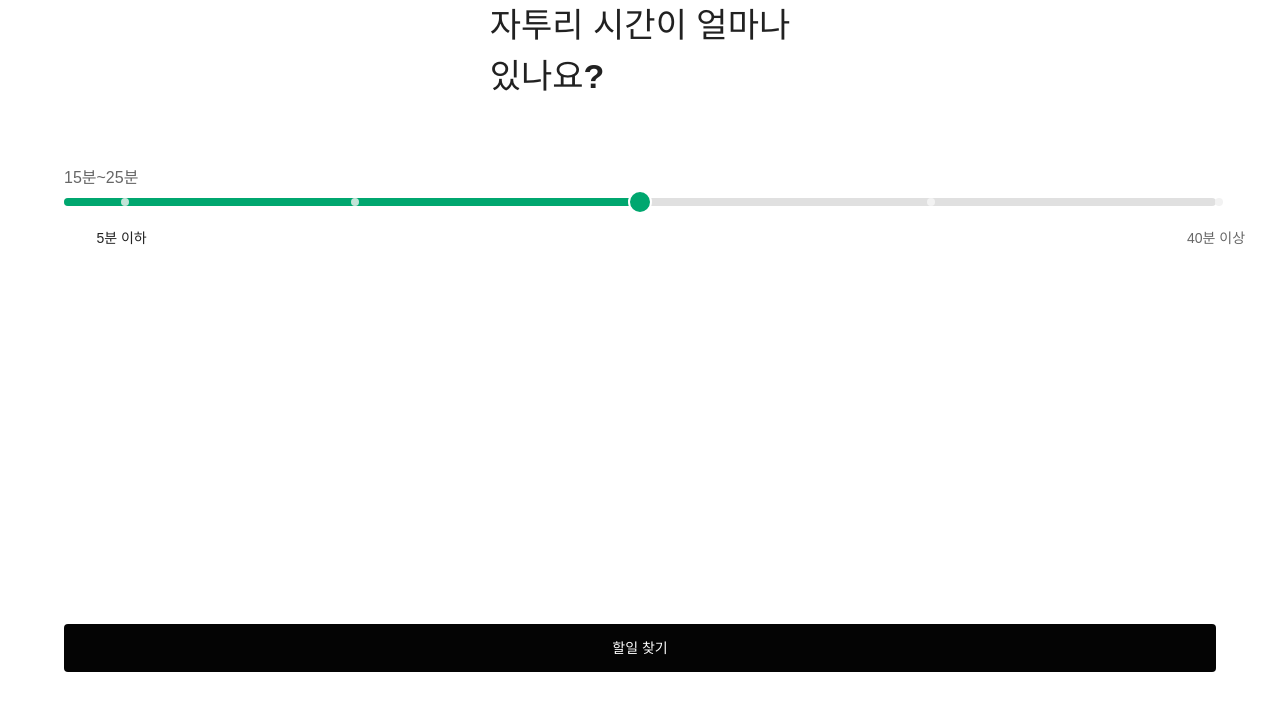
Repository: Tickley-Team/Tickley
Page: /survey
These files come from the project's save history. The page is drawn as it stood at one moment and after the next save; the edit follows.
The browser window is 1280 px wide. The pictures show the whole page.
The project was rebuilt for these pictures with package versions that can differ from the ones it lists, and the page was loaded fresh each time. Also part of the build but not shown: vite.config.ts, src/components/BottomNavbar.css, src/components/BottomNavbar.tsx, src/hooks/useLocalStorage.ts, src/stores/timeLeftStore.ts, src/utils.ts, src/components/BasicDialog.tsx, src/pages/Todos.tsx and 12 more.

Above is the page before, as saved 2024-12-09 16:46:47.

### index.html
<!doctype html>
<html lang="en">
  <head>
    <meta charset="UTF-8" />
    <link rel="icon" type="image/svg+xml" href="/src/assets/tickley-favicon.svg" />
    <meta name="viewport" content="width=device-width, initial-scale=1.0" />
    <title>Tickley</title>
    <meta name="description" content="자투리 시간을 알차게 보내고 싶으신가요? 그럼 티클리!">
    <meta property="og:title" content="Tickley">
    <meta property="og:url" content="https://tickley-team.github.io/Tickley/">
    <meta property="og:image" content="https://tickley-team.github.io/Tickley/cute-tickley.png">
    <meta property="og:description" content="자투리 시간을 알차게 보내고 싶으신가요? 그럼 티클리!">
  </head>
  <body>
    <div id="root"></div>
    <script type="module" src="/src/main.tsx"></script>
  </body>
</html>

### src/index.css
:root {
  font-family: Pretandard, system-ui, Avenir, Helvetica, Arial, sans-serif;

  color-scheme: light dark;
  font-synthesis: none;
  text-rendering: optimizeLegibility;
  -webkit-font-smoothing: antialiased;
  -moz-osx-font-smoothing: grayscale;
}

@font-face {
  font-family: 'S-CoreDream-5Medium';
  src: url('https://fastly.jsdelivr.net/gh/projectnoonnu/noonfonts_six@1.2/S-CoreDream-5Medium.woff')
    format('woff');
  font-weight: 500;
  font-style: normal;
}

@font-face {
  font-family: 'S-CoreDream-6Bold';
  src: url('https://fastly.jsdelivr.net/gh/projectnoonnu/noonfonts_six@1.2/S-CoreDream-6Bold.woff')
    format('woff');
  font-weight: 600;
  font-style: normal;
}

@font-face {
  font-family: 'S-CoreDream-8Heavy';
  src: url('https://fastly.jsdelivr.net/gh/projectnoonnu/noonfonts_six@1.2/S-CoreDream-8Heavy.woff')
    format('woff');
  font-weight: 800;
  font-style: normal;
}

@font-face {
  font-family: 'S-CoreDream-7ExtraBold';
  src: url('https://fastly.jsdelivr.net/gh/projectnoonnu/noonfonts_six@1.2/S-CoreDream-7ExtraBold.woff')
    format('woff');
  font-weight: 700;
  font-style: normal;
}

### src/App.tsx
import Todos from './pages/Todos'
import TodosFind from './pages/TodosFind'
import SurveySpareTime from './pages/SurveySpareTime'
import Home from './pages/Home'
import OnboardingPage from './pages/OnboardingPage'
import TodosMemory from './pages/TodosMemory'
import ProgressTimer from './pages/ProgressTimer'
import CompletedTimer from './pages/CompletedTimer'
import { fetchRecommendTodos } from './api/fetchRecommendTodos'
import { createBrowserRouter, RouterProvider } from 'react-router'
import { ThemeProvider } from '@mui/material/styles'
import { TickleyTheme } from './theme'
import CssBaseline from '@mui/material/CssBaseline'

function App() {
  const isProduction = process.env.NODE_ENV === 'production'
  const basename = isProduction ? '/Tickley' : '/'

  const router = createBrowserRouter(
    [
      {
        path: '/',
        element: <Home />,
      },
      {
        path: '/todos',
        element: <Todos />,
      },
      {
        path: '/todos/find',
        element: <TodosFind />,
        loader: () =>
          fetchRecommendTodos(
            `${import.meta.env.BASE_URL}data/todoRecommendData.json`,
          ),
      },
      {
        path: '/todos/memory',
        element: <TodosMemory />,
      },
      {
        path: '/survey',
        element: <SurveySpareTime />,
      },
      {
        path: '/onboarding/:onboardingId',
        element: <OnboardingPage />,
      },
      {
        path: '/timer/progress',
        element: <ProgressTimer />,
      },
      {
        path: '/timer/completed',
        element: <CompletedTimer />,
      },
    ],
    {
      basename,
    },
  )

  return (
    <ThemeProvider theme={TickleyTheme}>
      <RouterProvider router={router} />
      <CssBaseline />
    </ThemeProvider>
  )
}

export default App

### src/pages/SurveySpareTime/index.tsx
import { useCallback } from 'react'
import { useNavigate } from 'react-router'
import { MobileLayout } from '../../layout/MobileLayout'
import { RangeSlider } from '../../components/RangeSlider'
import { Typography } from '@mui/material'
import { CTAButton } from '../../components/Button'

const SurveySpareTime = () => {
  const navigate = useNavigate()
  const handleClickButton = useCallback(() => {
    navigate('/todos/find')
  }, [])
  return (
    <MobileLayout>
      <Typography
        variant="title-6-bold-34"
        sx={{
          whiteSpace: 'pre-line',
          textAlign: 'left',
          marginBottom: '64px',
        }}
      >
        {`자투리 시간이 얼마나\n있나요?`}
      </Typography>
      <RangeSlider />
      <CTAButton
        sx={{ marginTop: 'auto', marginBottom: '48px' }}
        onClick={handleClickButton}
      >
        할일 찾기{' '}
      </CTAButton>
    </MobileLayout>
  )
}

export default SurveySpareTime

### src/api/fetchRecommendTodos.ts
import { RecommendTodo } from '../types'

export const fetchRecommendTodos = async (
  path: string,
): Promise<Array<RecommendTodo>> => {
  try {
    const response = await fetch(path)
    if (!response.ok) {
      throw new Error(`HTTP error! status: ${response.status}`)
    }
    return response.json()
  } catch (error) {
    if (error instanceof Error) {
      throw new Error(`데이터 로드 실패: ${error.message}`)
    }
    throw new Error('알 수 없는 에러가 발생했습니다')
  }
}

### src/theme.ts
import { createTheme } from '@mui/material/styles'

import tokens from './assets/tokens.json'

import React from 'react'

export const TickleyTheme = createTheme({
  palette: {
    primary100: tokens.color.pri100.value,
    primary500: tokens.color.pri500.value,
    primary900: tokens.color.pri900.value,

    gray100: tokens.color.gray100.value,
    gray200: tokens.color.gray200.value,
    gray300: tokens.color.gray300.value,
    gray400: tokens.color.gray400.value,
    gray600: tokens.color.gray600.value,
    gray700: tokens.color.gray700.value,
    gray800: tokens.color.gray800.value,
    gray900: tokens.color.gray900.value,
    gray1000: tokens.color.gray1000.value,

    semanticRed: '#F24822',
    semanticPurple1: '#5B67BA',
    semanticGreen: '#009951',
    semanticGreen1: '#D6F2CC',
    semanticGreen2: '#B2DDA2',
    semanticGreen3: '#7BB766',
    semanticGreen4: '#367A1E',
  },

  typography: {
    fontFamily: '"S-CoreDream", Arial, sans-serif',

    'headline-8-heavy': {
      fontWeight: 800,

      fontSize: '48px',
    },

    'headline-5-medium': {
      fontWeight: 500,

      fontSize: '66px',
    },

    'title-6-bold-34': {
      fontWeight: 600,

      fontSize: '34px',
    },

    'title-5-medium-26': {
      fontWeight: 500,

      fontSize: '26px',
    },

    'title-7-extrabold-20': {
      fontWeight: 700,

      fontSize: '20px',
    },

    'title-5-medium-18': {
      fontWeight: 500,

      fontSize: '18px',
    },

    'title-5-medium-16': {
      fontWeight: 500,

      fontSize: '16px',
    },

    'title-5-medium-12': {
      fontWeight: 500,

      fontSize: '12px',
    },
  },
})

//TODO: 타입 정의 파일로 옮기기

declare module '@mui/material/styles' {
  interface Palette {
    primary100: string
    primary500: string
    primary900: string
    gray100: string
    gray200: string
    gray300: string
    gray400: string
    gray600: string
    gray700: string
    gray800: string
    gray900: string
    gray1000: string

    semanticGreen1: string
    semanticGreen2: string
    semanticGreen3: string
    semanticGreen4: string
    semanticRed: string
    semanticPurple1: string
    semanticGreen: string
  }

  interface PaletteOptions {
    primary100: string
    primary500: string
    primary900: string
    gray100: string
    gray200: string
    gray300: string
    gray400: string
    gray600: string
    gray700: string
    gray800: string
    gray900: string
    gray1000: string

    semanticGreen1: string
    semanticGreen2: string
    semanticGreen3: string
    semanticGreen4: string
    semanticRed: string
    semanticPurple1: string
    semanticGreen: string
  }
}

declare module '@mui/material/Typography' {
  interface TypographyPropsVariantOverrides {
    'headline-5-medium': true

    'headline-8-heavy': true

    'title-6-bold-34': true

    'title-5-medium-26': true

    'title-7-extrabold-20': true

    'title-5-medium-18': true

    'title-5-medium-16': true

    'title-5-medium-12': true
  }
}

declare module '@mui/material/styles' {
  interface TypographyVariants {
    'headline-5-medium': React.CSSProperties

    'headline-8-heavy': React.CSSProperties

    'title-6-bold-34': React.CSSProperties

    'title-5-medium-26': React.CSSProperties

    'title-7-extrabold-20': React.CSSProperties

    'title-5-medium-18': React.CSSProperties

    'title-5-medium-16': React.CSSProperties

    'title-5-medium-12': React.CSSProperties
  }

  interface TypographyVariantsOptions {
    'headline-5-medium'?: React.CSSProperties

    'headline-8-heavy'?: React.CSSProperties

    'title-6-bold-34'?: React.CSSProperties

    'title-5-medium-26'?: React.CSSProperties

    'title-7-extrabold-20'?: React.CSSProperties

    'title-5-medium-18'?: React.CSSProperties

    'title-5-medium-16'?: React.CSSProperties

    'title-5-medium-12'?: React.CSSProperties
  }
}

### src/components/RangeSlider.tsx
import styled from '@emotion/styled'
import { Box, Slider, SliderProps, Typography } from '@mui/material'
import { useRecommendTodoFilterStore } from '../stores/recommendTodoFilterStore'

type RangeSliderProps = Partial<SliderProps>

const RangeMapper = [
  { value: 5, label: '5분 이하', displayText: '5분 이하', time: 5 },
  { value: 25, label: '', displayText: '5분~15분', time: 15 },
  { value: 50, label: '', displayText: '15분~25분', time: 25 },
  { value: 75, label: '', displayText: '25분~35분', time: 35 },
  { value: 100, label: '40분 이상', displayText: '40분 이상', time: 40 },
]

export const RangeSlider = ({ ...restProps }: RangeSliderProps) => {
  const { spareTime, setSpareTime } = useRecommendTodoFilterStore()

  const handleChange = (_event: Event, value: number | number[]) => {
    const time = RangeMapper.find((step) => step.value === value)?.time
    setSpareTime(time ?? 5)
  }

  const marks = RangeMapper.map(({ value, label }) => ({
    value,
    label,
  }))
  return (
    <Box width={'100%'}>
      <Typography sx={{ mb: 1, color: '#666666' }}>
        {/* TODO: refactor 연산 */}
        {RangeMapper.find(({ time }) => time === spareTime)?.displayText}
      </Typography>
      <CustomSlider
        value={RangeMapper.find(({ time }) => time === spareTime)?.value}
        marks={marks}
        step={null}
        onChange={handleChange}
        {...restProps}
      />
    </Box>
  )
}

const CustomSlider = styled(Slider)({
  height: 8,
  padding: 0,
  '& .MuiSlider-rail': {
    opacity: 1,
    backgroundColor: '#E0E0E0', // gray300
  },
  '& .MuiSlider-track': {
    border: 'none',
    backgroundColor: '#00A76F', // pri500
  },
  '& .MuiSlider-thumb': {
    height: 24,
    width: 24,
    backgroundColor: '#00A76F', // pri500
    border: '2px solid #fff',
    '&:focus, &:hover, &.Mui-active, &.Mui-focusVisible': {
      boxShadow: 'inherit',
    },
    '&:before': {
      display: 'none',
    },
  },
  '& .MuiSlider-mark': {
    backgroundColor: '#F2F2F2', // gray200
    height: 8,
    width: 8,
    borderRadius: '50%',
    marginTop: 0,
  },
})

### src/layout/MobileLayout.tsx
import { Container } from '@mui/material'

export const MobileLayout = ({
  children,
  ...restProps
}: {
  children: React.ReactNode
}) => {
  return (
    <Container
      sx={{
        maxWidth: '375px', // 최대 너비 375px
        margin: '0 auto', // 가운데 정렬
        backgroundColor: 'white', // 배경 색상
        height: '100vh', // 화면 전체 높이 사용
        display: 'flex', // Flexbox를 사용하여 콘텐츠 정렬
        flexDirection: 'column', // 세로로 쌓이게
        justifyContent: 'flex-start', // 세로 방향으로 상단 정렬
        alignItems: 'center', // 가로 방향으로 중앙 정렬
        padding: 0, // 기본 패딩 제거
        boxSizing: 'border-box', // 패딩 및 마진 포함
      }}
      {...restProps}
    >
      {/* 여기에 콘텐츠를 추가 */}
      {children}
    </Container>
  )
}

### src/stores/recommendTodoFilterStore.ts
import { create } from 'zustand'

interface RecommendTodoFilterStore {
  categoryName: string
  spareTime: number
  setSpareTime: (spareTime: number) => void
  setCategoryName: (categoryName: string) => void
}
export const useRecommendTodoFilterStore = create<RecommendTodoFilterStore>()(
  (set) => ({
    categoryName: '휴식',
    spareTime: 25,
    setSpareTime: (spareTime) => set({ spareTime }),
    setCategoryName: (categoryName) => set({ categoryName }),
  }),
)

### src/components/Button.tsx
import { Box, Button as BaseButton, ButtonProps } from '@mui/material'
import { styled } from '@mui/system'

type Props = ButtonProps & {
  children: React.ReactNode
}
export const CTAButton = ({ children, ...restProps }: Props) => {
  return (
    <Button sx={{ marginBottom: '48px' }} {...restProps}>
      {children}
    </Button>
  )
}

const Button = styled(BaseButton)(({ theme }) => ({
  height: 48,
  borderRadius: 4,
  width: '100%',
  justifyContent: 'center',
  alignItems: 'center',
  display: 'inline-flex',
  marginTop: 'auto', // 버튼을 하단으로 밀기
  marginBottom: '48px',
  backgroundColor: theme.palette.gray1000, // theme 사용
  color: theme.palette.gray100, // theme 사용
}))

### src/assets/tokens.json
{
  "color": {
    "pri500": {
      "description": "",
      "type": "color",
      "value": "#1d997cff",
      "blendMode": "normal"
    },
    "pri100": {
      "description": "",
      "type": "color",
      "value": "#d7f6efff",
      "blendMode": "normal"
    },
    "pri900": {
      "description": "",
      "type": "color",
      "value": "#044637ff",
      "blendMode": "normal"
    },
    "gray1000": {
      "description": "",
      "type": "color",
      "value": "#040404ff",
      "blendMode": "normal"
    },
    "gray300": {
      "description": "",
      "type": "color",
      "value": "#f0f1f5ff",
      "blendMode": "normal"
    },
    "gray400": {
      "description": "",
      "type": "color",
      "value": "#d9dae2ff",
      "blendMode": "normal"
    },
    "gray500": {
      "description": "",
      "type": "color",
      "value": "#b9babfff",
      "blendMode": "normal"
    },
    "gray900": {
      "description": "",
      "type": "color",
      "value": "#232327ff",
      "blendMode": "normal"
    },
    "gray600": {
      "description": "",
      "type": "color",
      "value": "#999a9fff",
      "blendMode": "normal"
    },
    "gray700": {
      "description": "",
      "type": "color",
      "value": "#717277ff",
      "blendMode": "normal"
    },
    "gray800": {
      "description": "",
      "type": "color",
      "value": "#3f3f44ff",
      "blendMode": "normal"
    },
    "gray200": {
      "description": "",
      "type": "color",
      "value": "#f9fafcff",
      "blendMode": "normal"
    },
    "gray100": {
      "description": "",
      "type": "color",
      "value": "#ffffffff",
      "blendMode": "normal"
    }
  },
  "grid": {
    "grid": {
      "0": {
        "type": "custom-grid",
        "value": {
          "pattern": "columns",
          "gutterSize": 0,
          "alignment": "stretch",
          "count": 1,
          "offset": 16
        }
      },
      "1": {
        "type": "custom-grid",
        "value": {
          "pattern": "columns",
          "gutterSize": 16,
          "alignment": "stretch",
          "count": 4,
          "offset": 16
        }
      },
      "description": null
    }
  },
  "variable collection": {
    "pri500": { "type": "color", "value": "#f5c21aff", "blendMode": "normal" },
    "pri600": { "type": "color", "value": "#f5bb1aff", "blendMode": "normal" },
    "color": {
      "description": "",
      "type": "color",
      "value": "{variable collection.pri500}"
    }
  }
}

Loaded but not shown: src/main.tsx (common file)

After the next save:
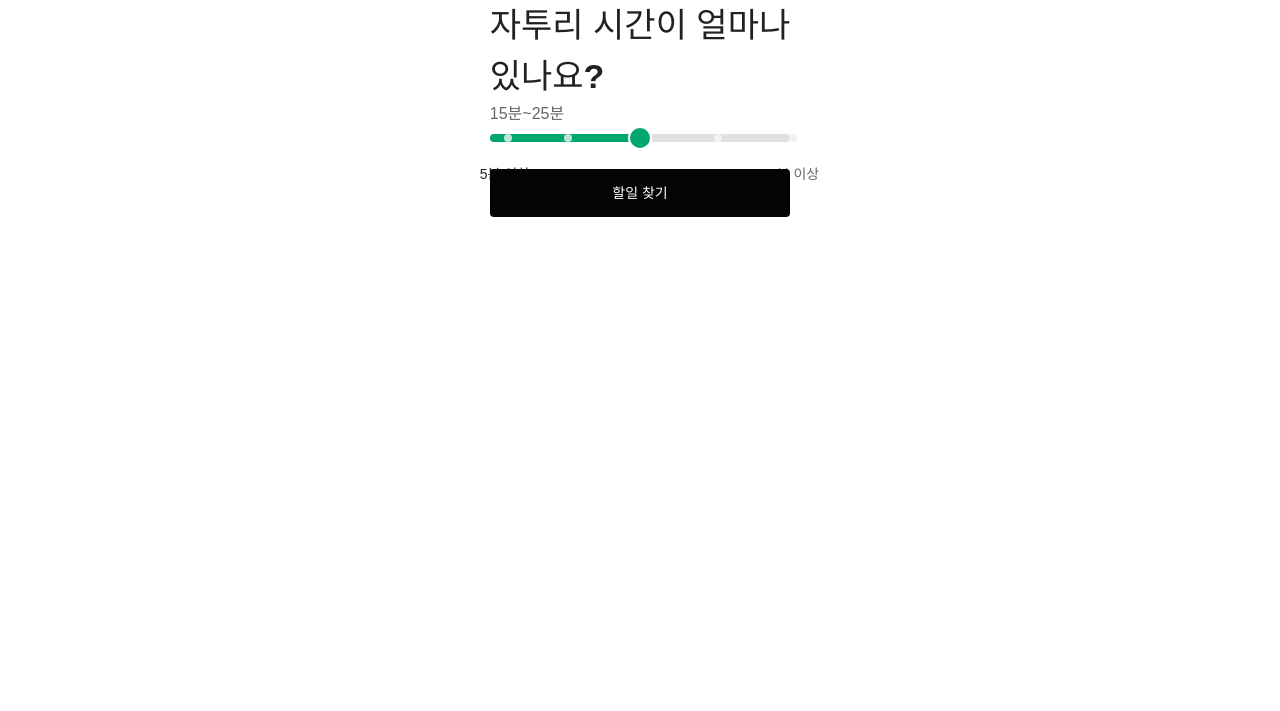
Saved 6 s later.
--- a/src/layout/MobileLayout.tsx
+++ b/src/layout/MobileLayout.tsx
@@ -23,7 +23,7 @@
       {...restProps}
     >
       {/* 여기에 콘텐츠를 추가 */}
-      {children}
+      <div style={{ flexGrow: 1 }}>{children}</div>
     </Container>
   )
 }
